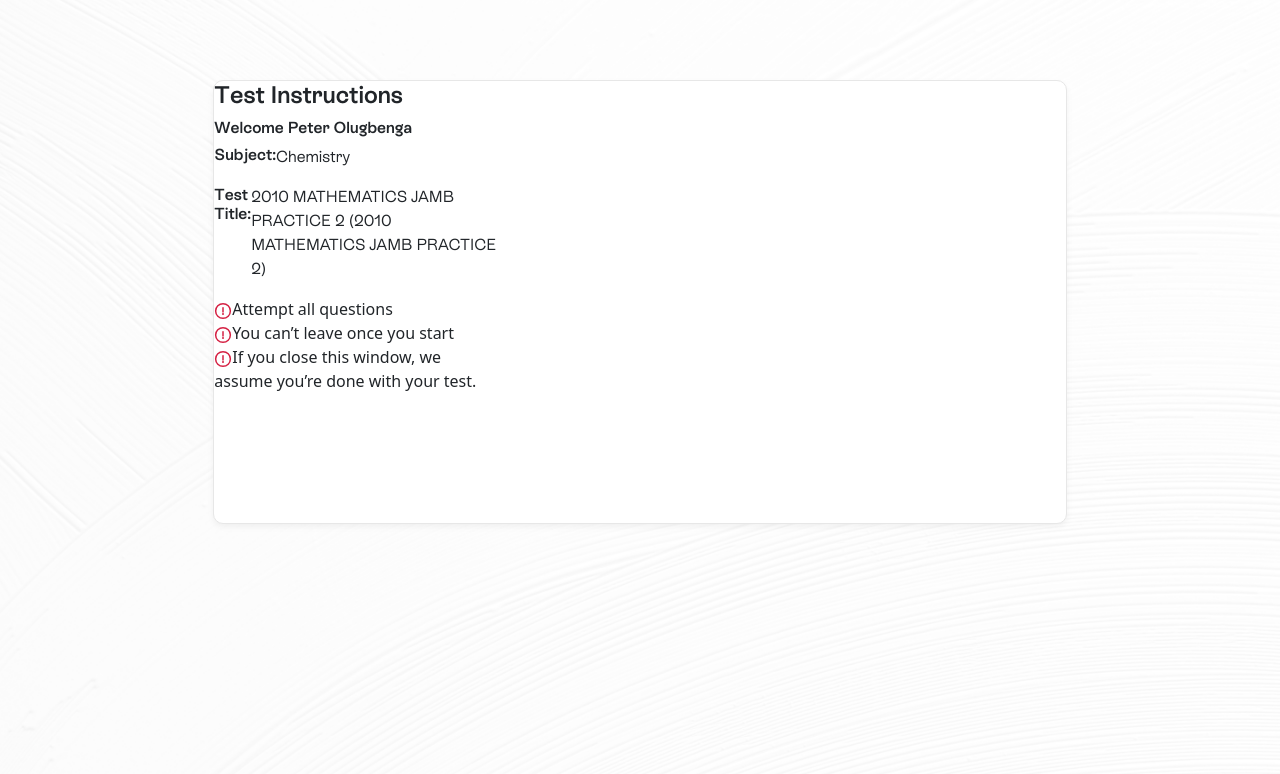
Repository: sarahnnanyelugo/educare-cbt
Page: /test-instructions
The author's editor kept a copy of each file at every save. The page is drawn from the files as they stood at one save, then again after the next save.
The browser window is 1280 px wide. The pictures show the whole page.
The project was rebuilt for these pictures with package versions that can differ from the ones it lists, and the page was loaded fresh each time. Also part of the build but not shown: src/components/Form/Form.js, src/pages/AuthenticationPage/auth.scss, src/pages/AuthenticationPage/AuthenticationPage.js, src/components/Exams/exams.scss, src/components/TestModal/test-modal.scss, src/components/TestModal/TestModal.js, src/components/Exams/Exams.js, src/TestData/examsData.js and 3 more. Imported but missing from the stored project, and not drawn on this page: src/components/Form/Password, src/components/GoogleButton/GoogleButton.

Above is the page before, as saved 2023-11-05 03:24:52.

After the next save:
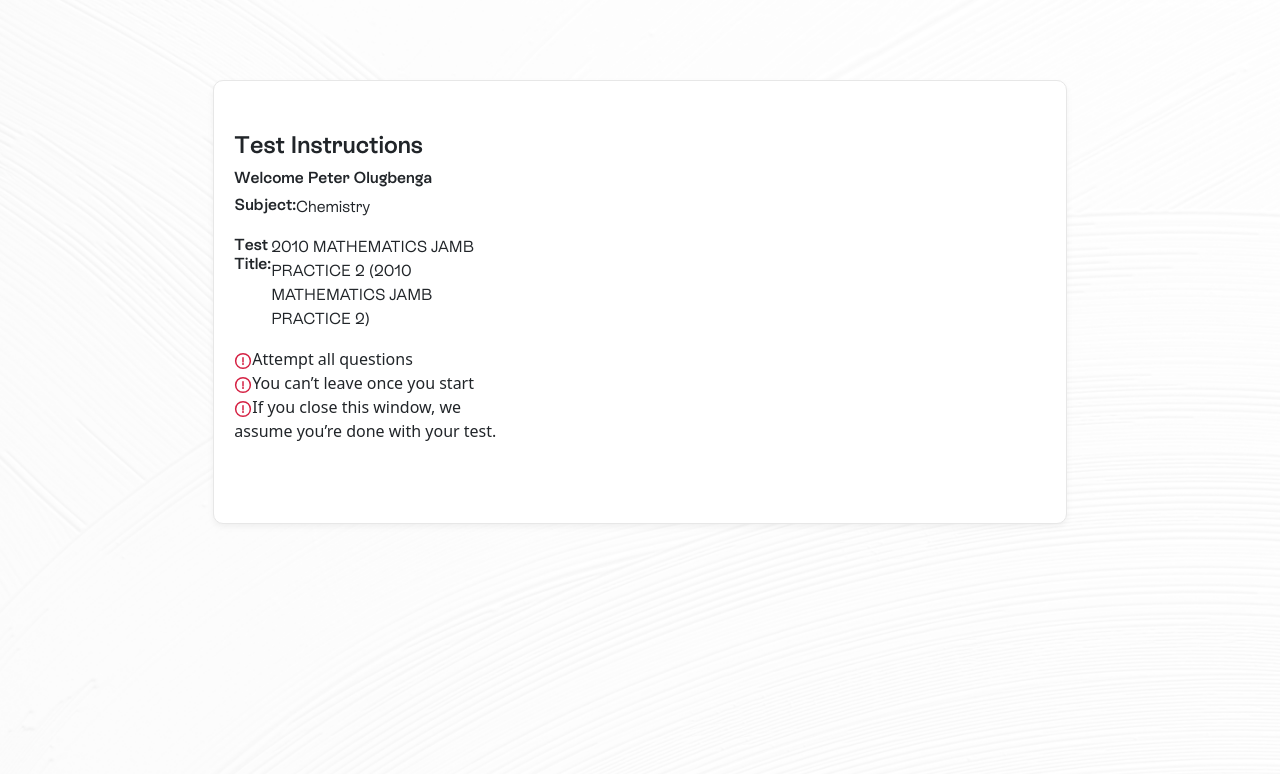
Saved 22 s later.
--- a/src/pages/TestInstructions/test-instructions.scss
+++ b/src/pages/TestInstructions/test-instructions.scss
@@ -11,5 +11,6 @@
     border-radius: 10px;
     height: 444px;
     background: #fff;
+    padding: 50px 20px;
   }
 }
